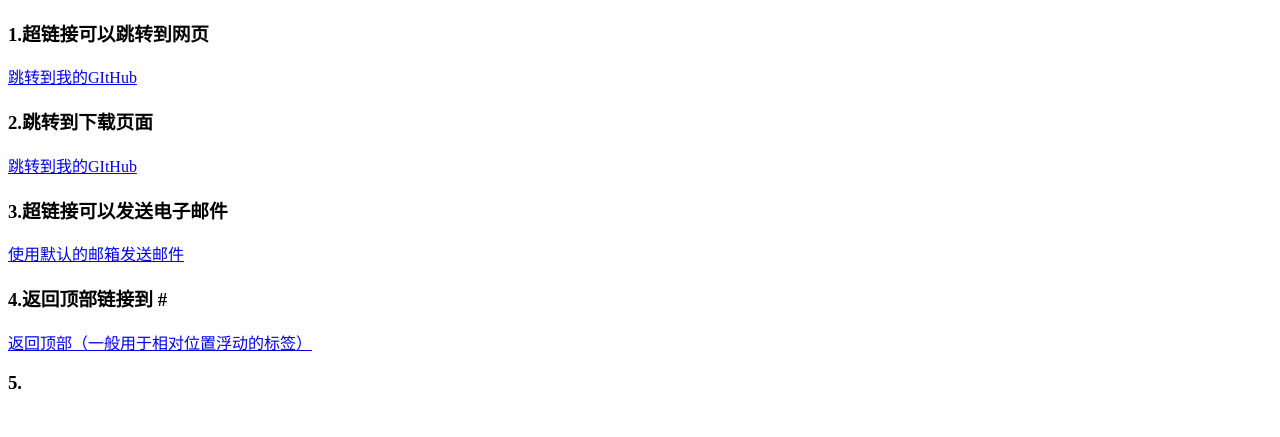
Repository: jarvanstack/vscode
Page: HTML/HTML超链接有哪些.html
The author's editor kept a copy of each file at every save. The page is drawn from the files as they stood at one save, then again after the next save.
The browser window is 1280 px wide. The pictures show the whole page.

Above is the page before, as saved 2020-06-11 09:30:48.

### HTML/HTML超链接有哪些.html
<!DOCTYPE html>
<html lang="en">
<head>
    <meta charset="UTF-8">
    <meta name="viewport" content="width=device-width, initial-scale=1.0">
    <title>HTML超链接有哪些</title>
</head>
<body>
    <h3>1.超链接可以跳转到网页</h3>
    <a href="https://github.com/dengjiawen8955">跳转到我的GItHub</a>
    <h3>2.跳转到下载页面</h3>
    <a href="XXX.mp3">跳转到我的GItHub</a>
    <h3>3.超链接可以发送电子邮件</h3>
    <a href="jarvanDeng@163.com">使用默认的邮箱发送邮件</a>
    <h3>4.返回顶部链接到 # </h3>
    <a href="#">返回顶部（一般用于相对位置浮动的标签）</a>
    <h3>5.</h3>
</body>
</html>

After the next save:
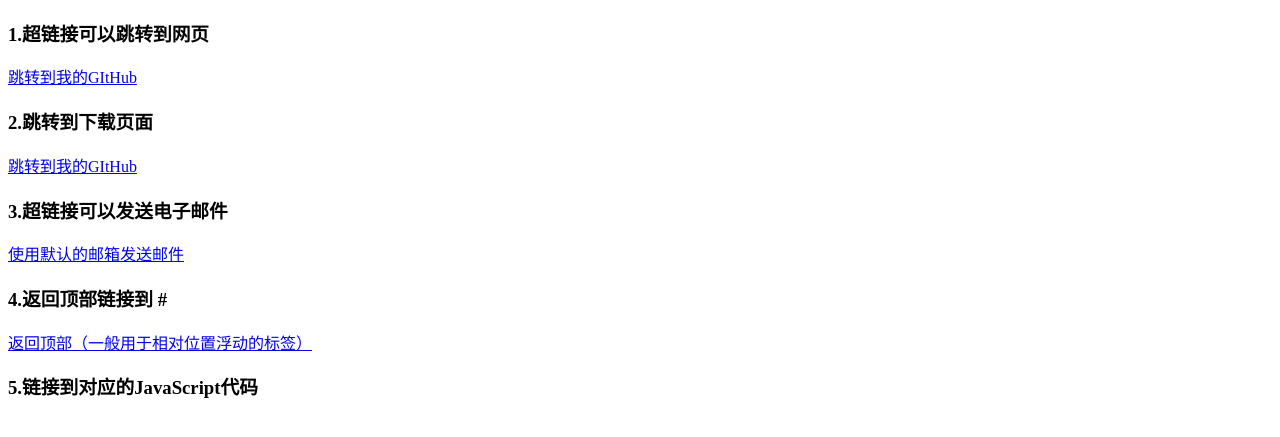
Saved 24 s later.
--- a/HTML/HTML超链接有哪些.html
+++ b/HTML/HTML超链接有哪些.html
@@ -14,6 +14,6 @@
     <a href="jarvanDeng@163.com">使用默认的邮箱发送邮件</a>
     <h3>4.返回顶部链接到 # </h3>
     <a href="#">返回顶部（一般用于相对位置浮动的标签）</a>
-    <h3>5.</h3>
+    <h3>5.链接到对应的JavaScript代码</h3>
 </body>
 </html>
